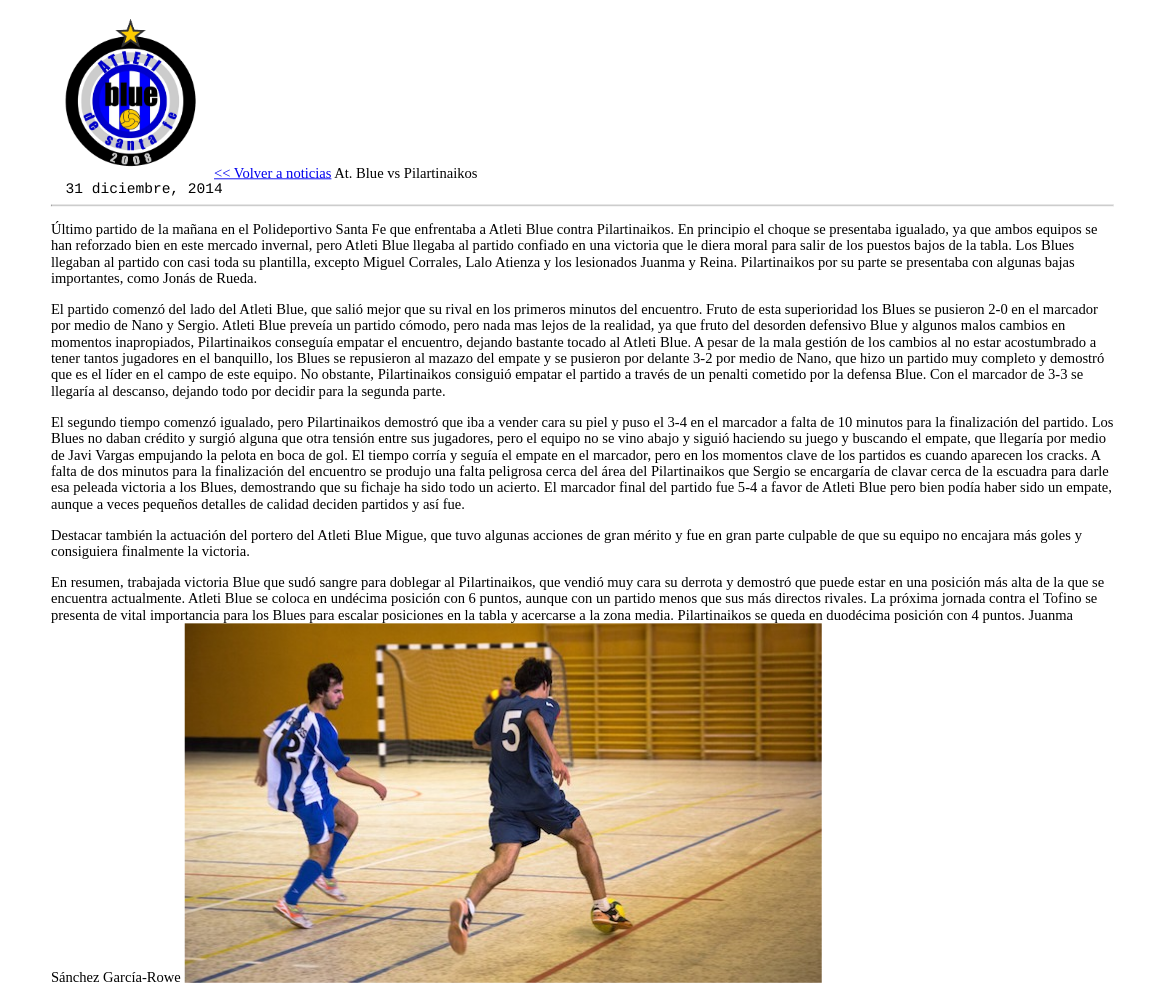
Repository: DiegoGodoy/atletiblue
Page: app/views/noticias/noticia3.html
The author's editor kept a record of every edit. The page is drawn from the files as they stood at one moment, then again after the next edit.
The browser window is 1280 px wide. The pictures show the whole page, at 91% of full size.

Above is the page before.

After the next edit:
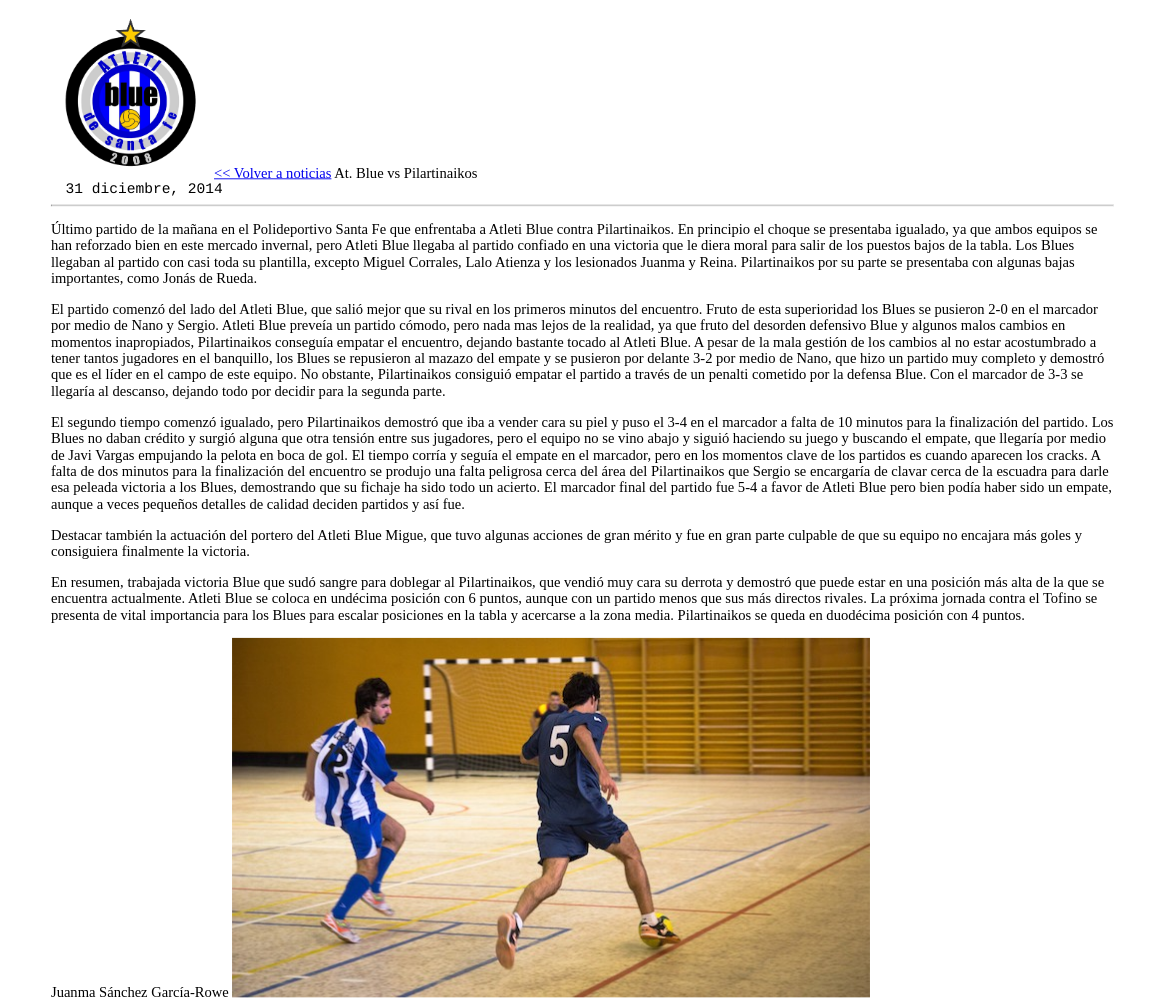
The edit:
--- a/app/views/noticias/noticia3.html
+++ b/app/views/noticias/noticia3.html
@@ -18,7 +18,7 @@
 
 Destacar también la actuación del portero del Atleti Blue Migue, que tuvo algunas acciones de gran mérito y fue en gran parte culpable de que su equipo no encajara más goles y consiguiera finalmente la victoria.</p>
 
-En resumen, trabajada victoria Blue que sudó sangre para doblegar al Pilartinaikos, que vendió muy cara su derrota y demostró que puede estar en una posición más alta de la que se encuentra actualmente. Atleti Blue se coloca en undécima posición con 6 puntos, aunque con un partido menos que sus más directos rivales. La próxima jornada contra el Tofino se presenta de vital importancia para los Blues para escalar posiciones en la tabla y acercarse a la zona media. Pilartinaikos se queda en duodécima posición con 4 puntos.
+En resumen, trabajada victoria Blue que sudó sangre para doblegar al Pilartinaikos, que vendió muy cara su derrota y demostró que puede estar en una posición más alta de la que se encuentra actualmente. Atleti Blue se coloca en undécima posición con 6 puntos, aunque con un partido menos que sus más directos rivales. La próxima jornada contra el Tofino se presenta de vital importancia para los Blues para escalar posiciones en la tabla y acercarse a la zona media. Pilartinaikos se queda en duodécima posición con 4 puntos.</p>
 
 
 
